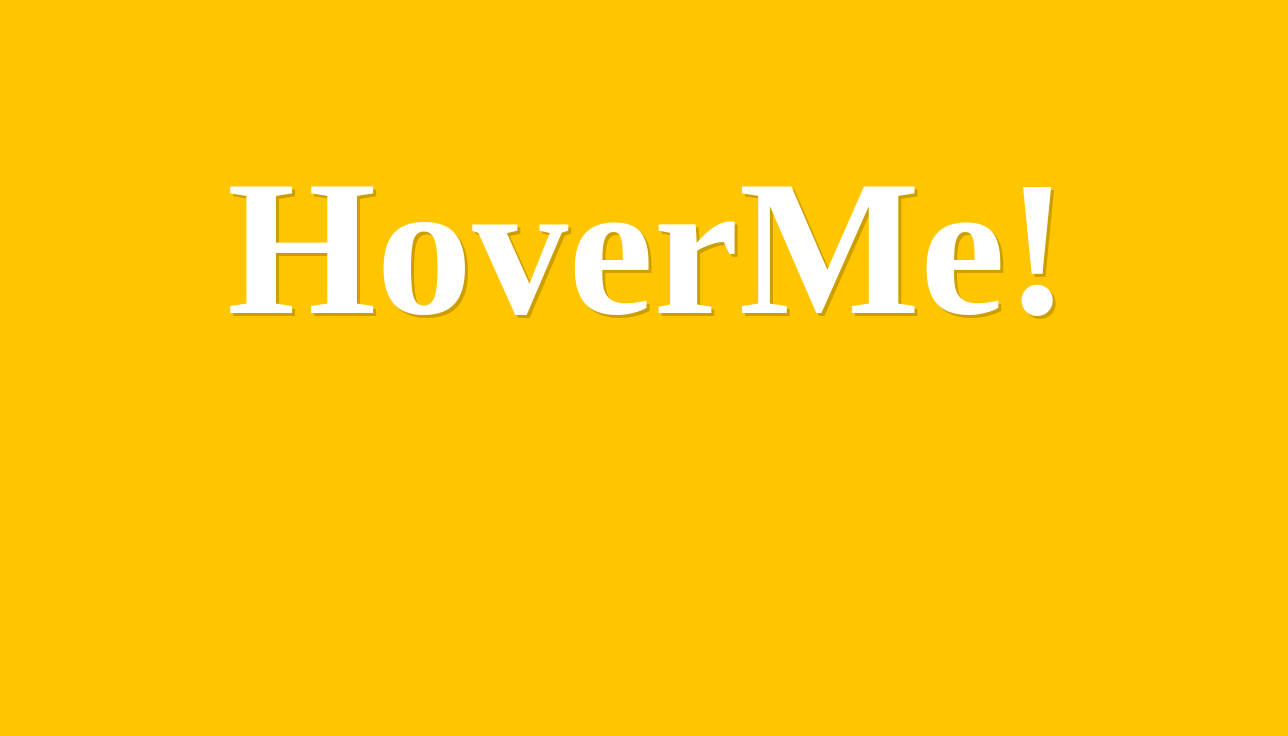
Repository: phongthanhh/ES6-Day1
Page: baitapSpread/index.html
These files come from the project's save history. The page is drawn as it stood at one moment and after the next save; the edit follows.
The browser window is 1280 px wide. The page is 1288 px wide, so the pictures cover 1288 px, including what lies to the right of the window. The pictures show the whole page.

Above is the page before, as saved 2022-11-22 23:07:18.

### baitapSpread/index.html
<!DOCTYPE html>
<html lang="en">

<head>
    <meta charset="UTF-8">
    <meta name="viewport" content="width=device-width, initial-scale=1.0">
    <title>Document</title>

    <link rel="stylesheet" href="./css/style.css">
</head>

<body>
    <h2 class="heading">Hover Me!</h2>

    <script src="./js/main.js"></script>
</body>

</html>

### baitapSpread/css/style.css
* {
    box-sizing: border-box;
  }

  body {
    background: #ffc600;
    display: flex;
    height: 100vh;
    flex-direction: column;
    place-items: center;
    padding: 100px;
    width: 100%;
  }

  section {
    display: flex;
    flex-direction: column;
    place-items: center;
    width: 900px;
  }

  .heading {
    align-items: flex-start;
    display: flex;
    justify-content: center;
    height: 240px;
    margin: 30px 0;
    width: 100%;
  }

  span {
    text-shadow: 3px 3px 0 rgba(0, 0, 0, 0.2);
    color: white;
    display: inline-block;
    font-size: 8em;
    font-weight: bold;
    transition: transform 0.2s;
    cursor: url("http://csscursor.info/source/santahand.png"), default;
  }

  span:hover {
    transform: translateY(-20px) rotate(10deg) scale(2);
  }

  input {
    border: none;
    border-radius: 6px;
    box-shadow: 0 18px 30px rgba(0,0,0,.1);
    font-size: 1.5em;
    height: 60px;
    padding: 20px;
    width: 400px;
  }

  p {
    margin-top: 100px;
  }

### baitapSpread/js/main.js
let str = document.querySelector('.heading').innerHTML;
let arrStr = [...str]
let content = ''
arrStr.forEach((str) => {
    if (str !== ' ') {
        content += `
        <span>${str}</span>
        `
    }
})
document.querySelector('.heading').innerHTML = content

After the next save:
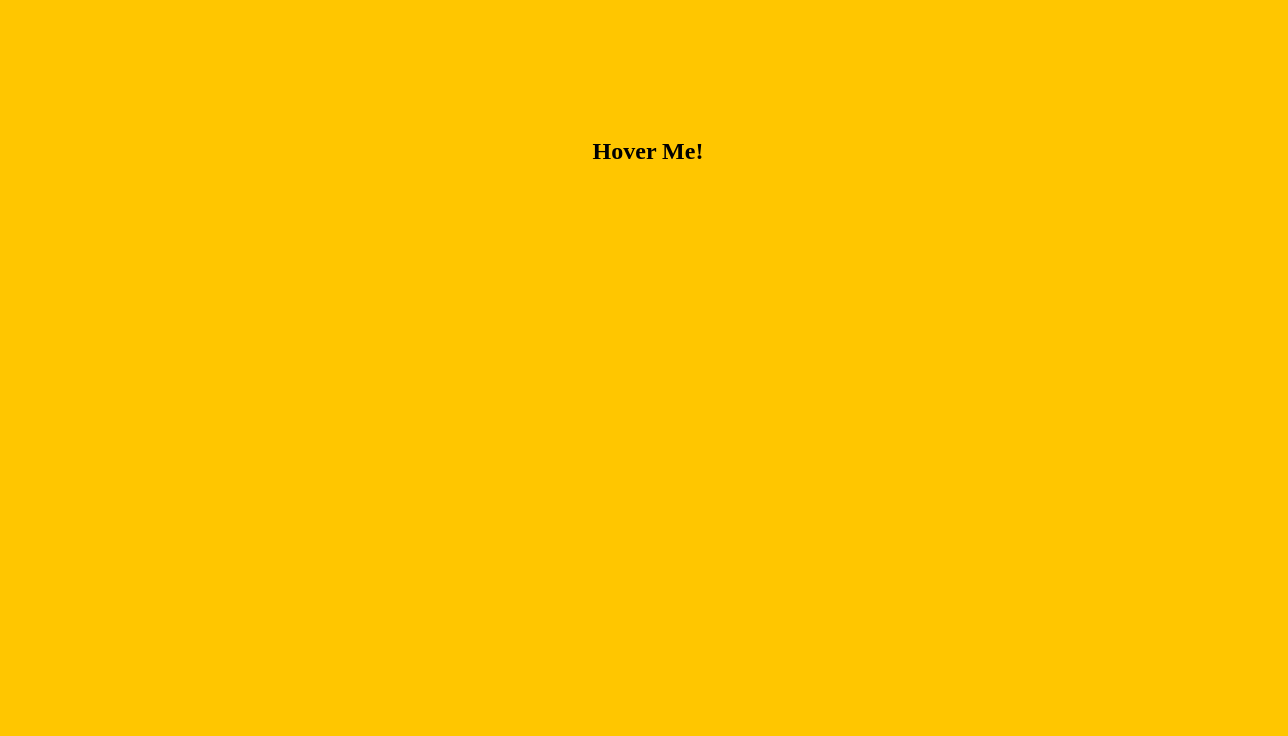
Saved 12 s later.
--- a/baitapSpread/js/main.js
+++ b/baitapSpread/js/main.js
@@ -2,10 +2,12 @@
 let arrStr = [...str]
 let content = ''
 arrStr.forEach((str) => {
-    if (str !== ' ') {
-        content += `
+        if (str !== ' ') {
+            content += `
         <span>${str}</span>
         `
-    }
-})
-document.querySelector('.heading').innerHTML = content
+        }
+    })
+    // document.querySelector('.heading').innerHTML = content
+
+str = content

After the save that followed:
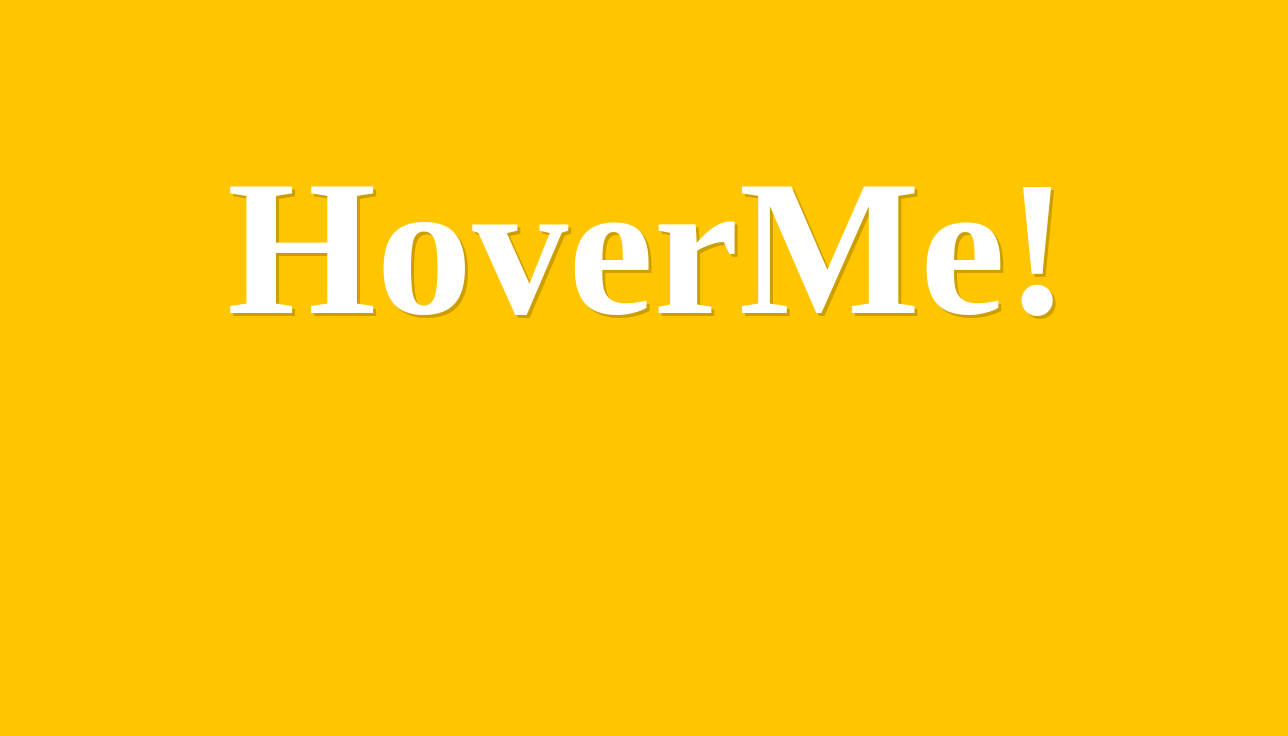
Saved 5 s later.
--- a/baitapSpread/js/main.js
+++ b/baitapSpread/js/main.js
@@ -2,12 +2,10 @@
 let arrStr = [...str]
 let content = ''
 arrStr.forEach((str) => {
-        if (str !== ' ') {
-            content += `
+    if (str !== ' ') {
+        content += `
         <span>${str}</span>
         `
-        }
-    })
-    // document.querySelector('.heading').innerHTML = content
-
-str = content
+    }
+})
+document.querySelector('.heading').innerHTML = content
